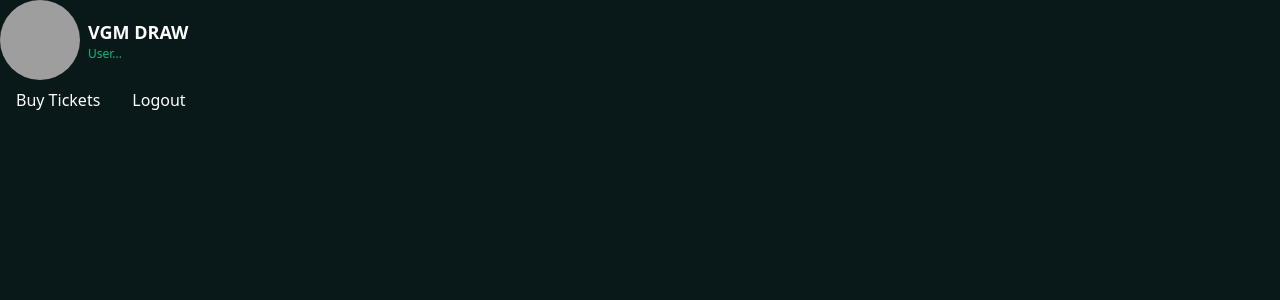
Repository: venu-369/lottery-web3
Page: /
These files come from the project's save history. The page is drawn as it stood at one moment and after the next save; the edit follows.
The browser window is 1280 px wide. The pictures show the whole page.
Pictures or frames that could not be fetched are drawn as grey boxes. The project was rebuilt for these pictures with package versions that can differ from the ones it lists, and the page was loaded fresh each time. The framework's server and built-in components were replaced by stand-ins that run in the browser. Also part of the build but not shown: next.config.js.

Above is the page before, as saved 2023-01-11 14:15:16.

### pages/index.tsx
import type { NextPage } from 'next'
import Head from 'next/head'
import Image from 'next/image'
import Header from '../components/Header'

const Home: NextPage = () => {
  return (
    <div className="bg-[#091818] min-h-screen flex flex-col">
      <Head>
        <title>VGM Lottery</title>
        <link rel="icon" href="/favicon.ico" />
      </Head>
      <Header />

    </div>
  )
}

export default Home

### components/Header.tsx
import React from 'react'
import NavButton from './NavButton';

const Header = () => {
  return (
    <div >
        <div className="flex items-center space-x-2">
            <img
             className='rounded-full h-20 w-20'
             src="https://i.pinimg.com/564x/93/93/41/93934128ae88668f93c1abaaf1e62b1b.jpg"
             alt=""
             />

        <div>
            <h1 className='text-lg text-white font-bold'>VGM DRAW</h1>
            <p className='text-xs text-emerald-500 truncate'>User...</p>
        </div>

     </div>
     <div>
        <div className='bf-[#0a1f1c]'>
        <NavButton title="Buy Tickets"/>
        <NavButton title="Logout"/>
        </div>
     </div>
    </div>
  );
}

export default Header

### components/NavButton.tsx
import React from 'react'

interface Props {
    title?: string;
    isActive?: boolean;
}

const NavButton = ({title, isActive}: Props) => {
  return (
   <button className={`${isActive && "bg-[#036756]"} hover:bg-[#036756] text-white py-2 px-4 rouded`}>
    {title}
   </button>
  )
}

export default NavButton

Loaded but not shown: pages/_app.tsx (common file); styles/globals.css (common file); tailwind.config.js (common file)

After the next save:
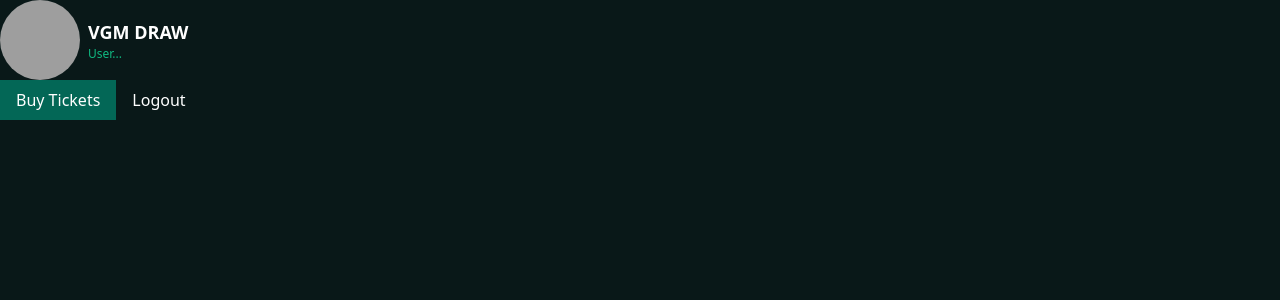
Saved 16 s later.
--- a/components/Header.tsx
+++ b/components/Header.tsx
@@ -19,7 +19,7 @@
      </div>
      <div>
         <div className='bf-[#0a1f1c]'>
-        <NavButton title="Buy Tickets"/>
+        <NavButton isActive title="Buy Tickets"/>
         <NavButton title="Logout"/>
         </div>
      </div>
